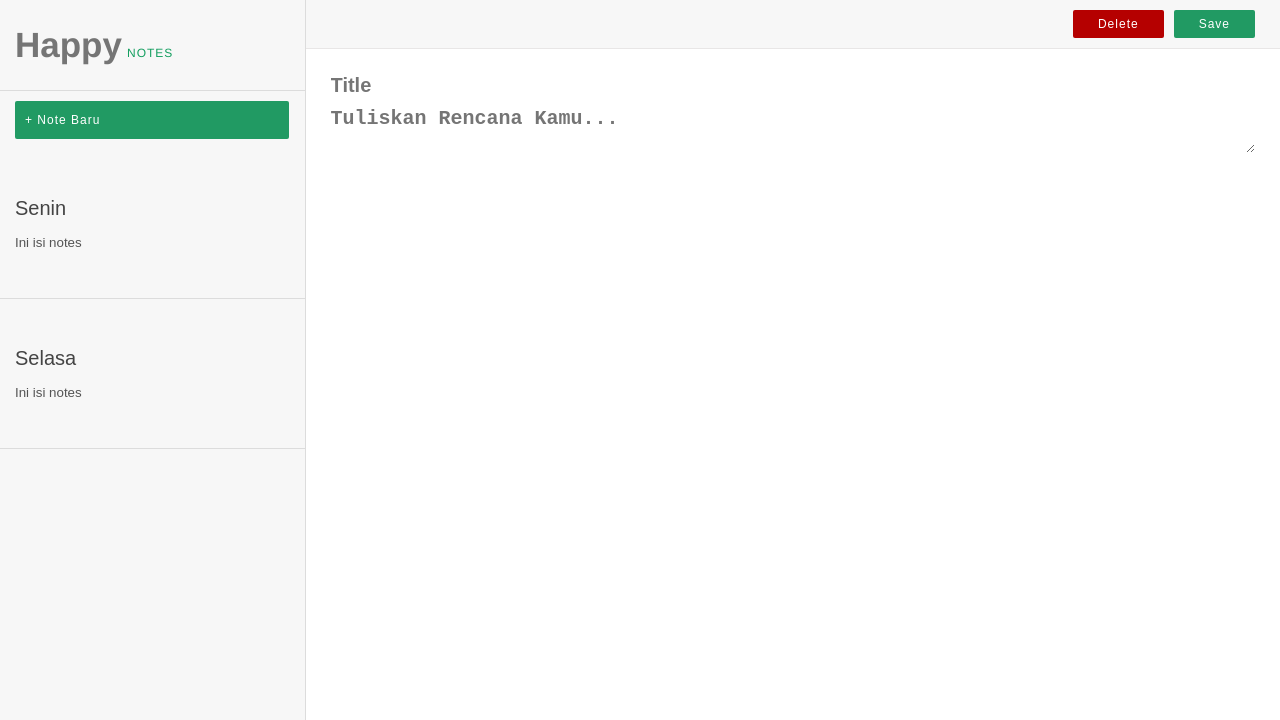
Repository: AdiPrimanto/notes-vue
Page: / (app in resources/)
The author's editor kept a copy of each file at every save. The page is drawn from the files as they stood at one save, then again after the next save.
The browser window is 1280 px wide. The pictures show the whole page.
The project was rebuilt for these pictures with package versions that can differ from the ones it lists, and the page was loaded fresh each time. Also part of the build but not shown: resources/vue.config.js.

Above is the page before, as saved 2020-02-22 19:16:13.

After the next save:
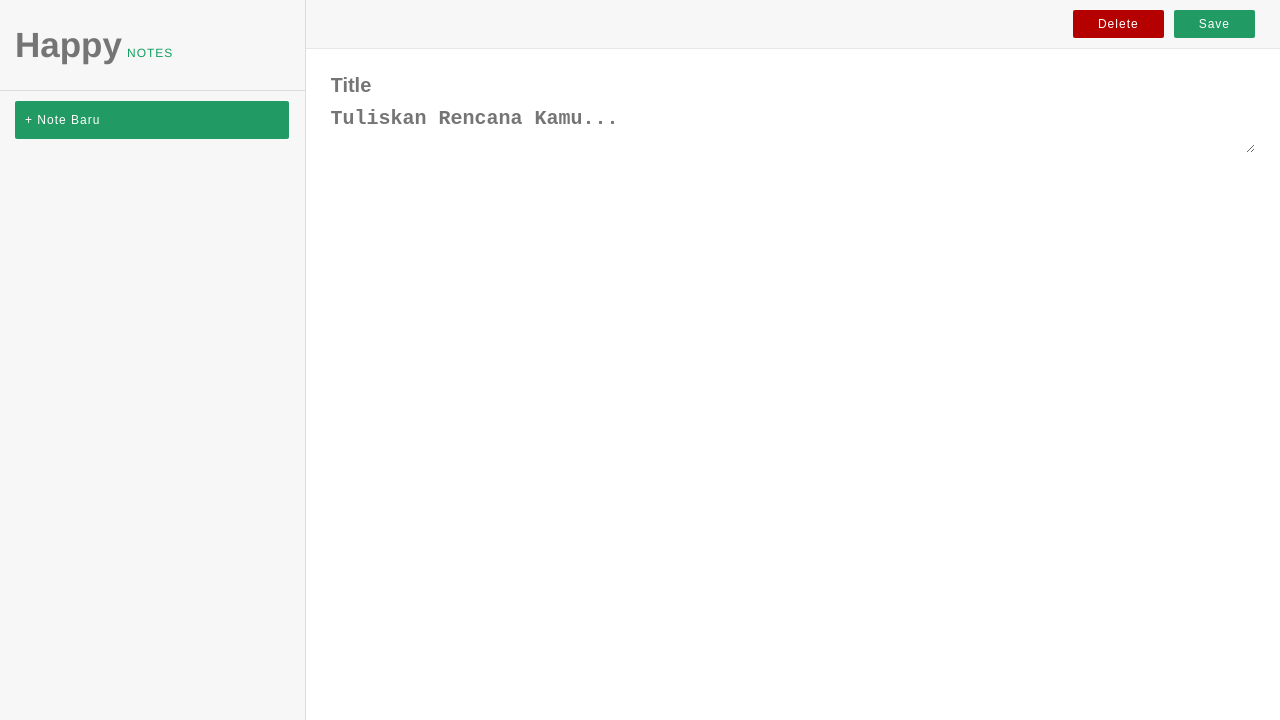
Saved 2 min 17 s later.
--- a/resources/src/components/listNotes.vue
+++ b/resources/src/components/listNotes.vue
@@ -18,10 +18,7 @@
     name: 'listNotes',
     data: function () {
         return {
-            notes : [
-                { title : 'Senin' , description : 'Ini isi notes' },
-                { title : 'Selasa' , description : 'Ini isi notes' }
-            ]
+
         }
     }
 }
